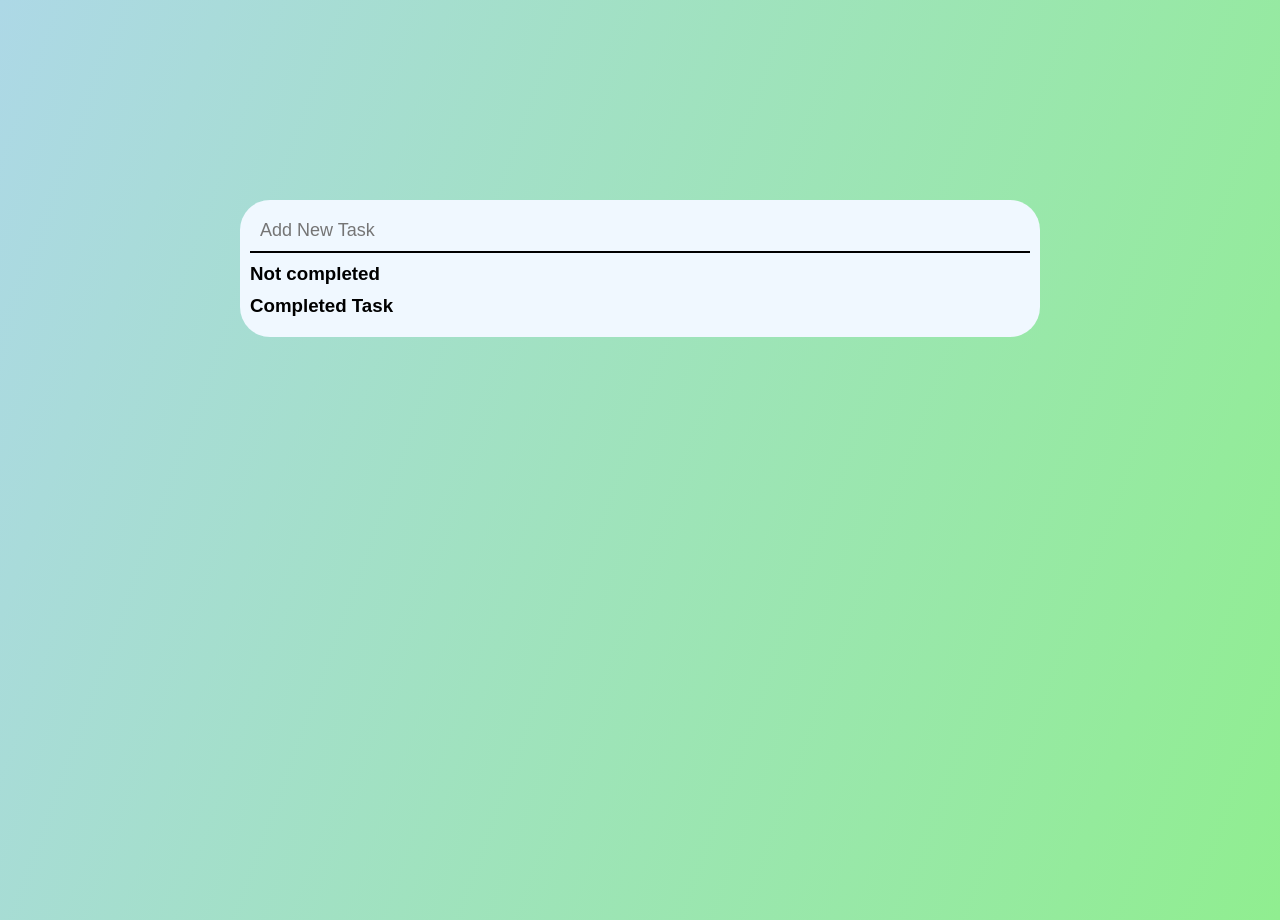
Repository: Mayur2905/OIBSIP
Page: Task-6/index.html
The author's editor kept a copy of each file at every save. The page is drawn from the files as they stood at one save, then again after the next save.
The browser window is 1280 px wide. The pictures show the whole page.

Above is the page before, as saved 2022-02-05 21:24:59.

After the next save:
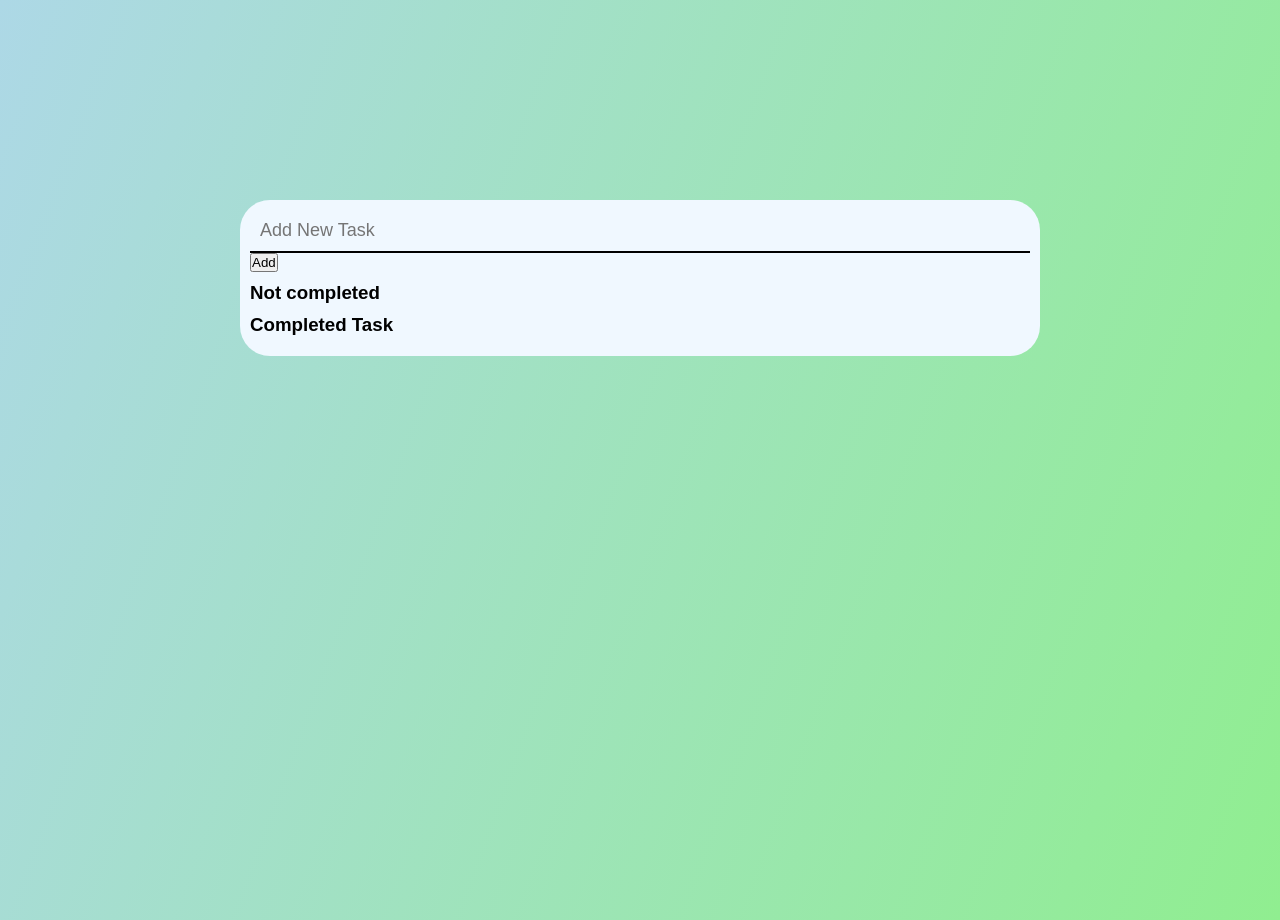
Saved 5 min 27 s later.
--- a/Task-6/index.html
+++ b/Task-6/index.html
@@ -12,6 +12,7 @@
 <body>
     <div class="container">
         <input type="text" class="textb" placeholder="Add New Task">
+        <input type="submit" value="Add">
         <div class="notdone">
             <h3>Not completed</h3>
 
@@ -23,6 +24,7 @@
     </div>
     <script rel="text.javascript">
         $(".textb1").on("keyup",function(e){
+
     if(e.keyCode == 13 && $(".textb").val() != "")
     {
         var task =$("<div class='task'></div>").text($(".textb").val());

After the 2 saves that followed:
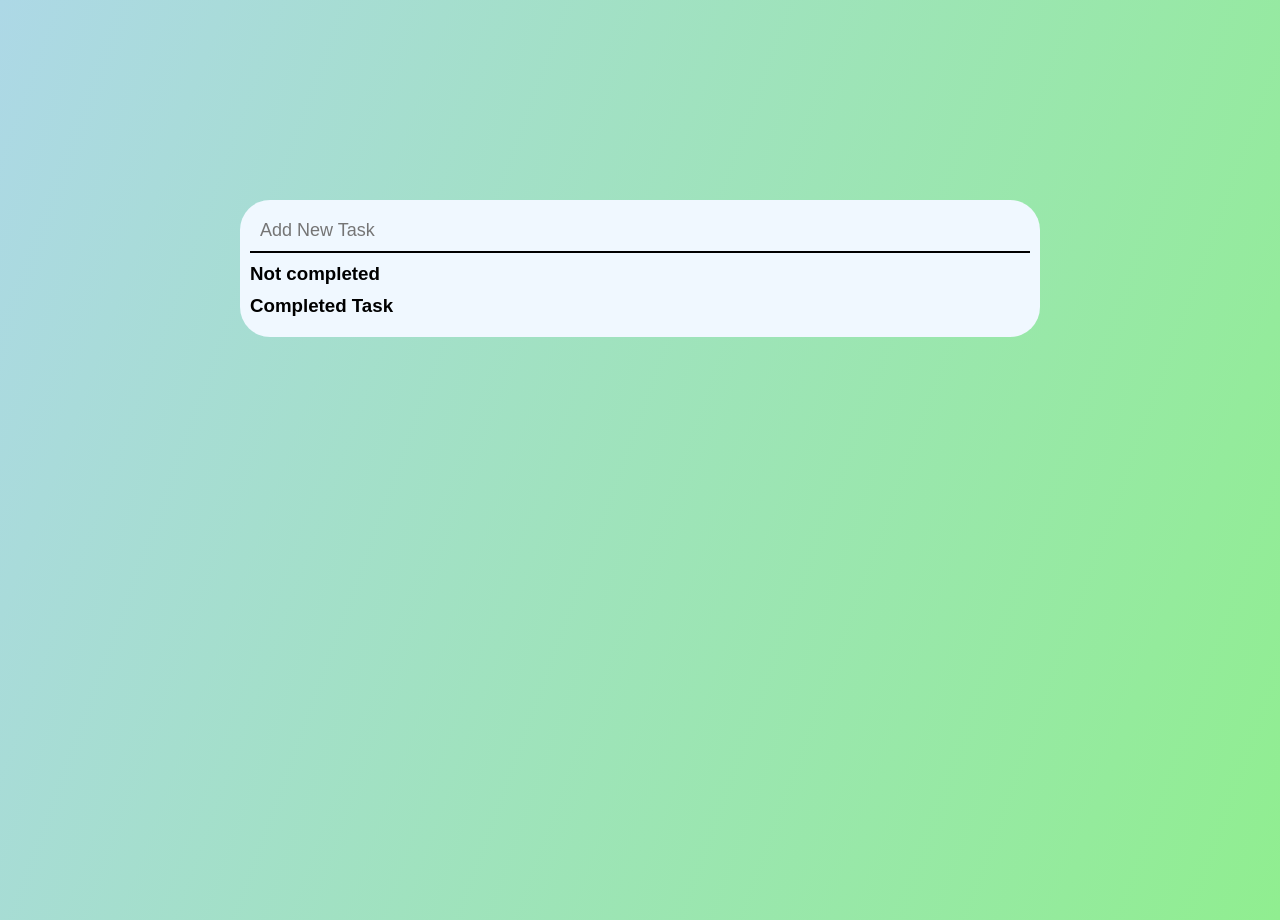
The 2 saves are shown as one change because 1 left the picture as it was.
The last was saved 58 s later.
--- a/Task-6/index.html
+++ b/Task-6/index.html
@@ -12,7 +12,6 @@
 <body>
     <div class="container">
         <input type="text" class="textb" placeholder="Add New Task">
-        <input type="submit" value="Add">
         <div class="notdone">
             <h3>Not completed</h3>
 
